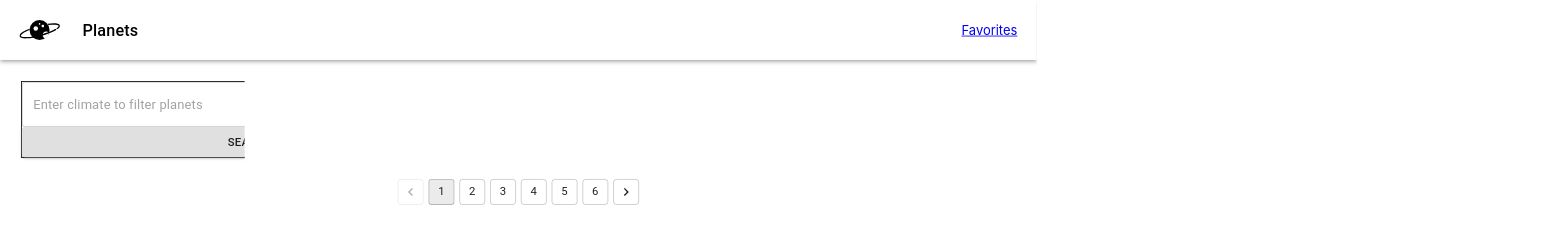
Repository: samridhie01/assignment
Page: /
These files come from the project's save history. The page is drawn as it stood at one moment and after the next save; the edit follows.
The browser window is 1280 px wide. The page is 1280 px wide, then 2578 px, so the pictures cover 1920 px, including what lies to the right of the window. The pictures show the whole page, at 81% of full size.
The page's requests for data from a server got no answer. The project was rebuilt for these pictures with package versions that can differ from the ones it lists, and the page was loaded fresh each time. A package was used in the major version that the imports need, not the one package.json lists. No one was signed in, and anything a server would have sent is missing. Also part of the build but not shown: src/components/planets/PlanetTile.tsx, src/components/planets/Planets.tsx, src/components/details/SpecificPlanetRetrievalService.ts, src/components/details/Details.tsx, src/components/favorites/Favorites.tsx.

Above is the page before, as saved 2020-08-21 18:35:45.

After the next save:
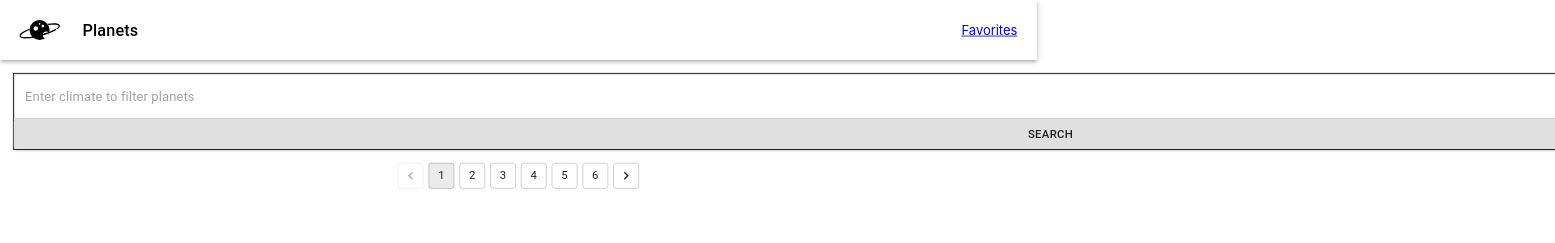
Saved 3 min 23 s later.
--- a/src/components/homePage/HomePage.tsx
+++ b/src/components/homePage/HomePage.tsx
@@ -59,11 +59,11 @@ const HomePage: React.FC<PlanetOverview> = ({ handleAddToFavs }) => {
   return (
     <>
       <Header path="/favs" linkName={"Favorites"} />
-      <div className={classes.flexContainer}>
-        <div className={classes.stopShrink}>
+      <div >
+        <div>
         <SearchBox  handleSearch={updatePlanetSearchResult} />
         </div>
-        <div className={classes.item}>
+        <div >
           {planetData &&
             planetData.map((element: PlanetData, index: number) => {
               return (
